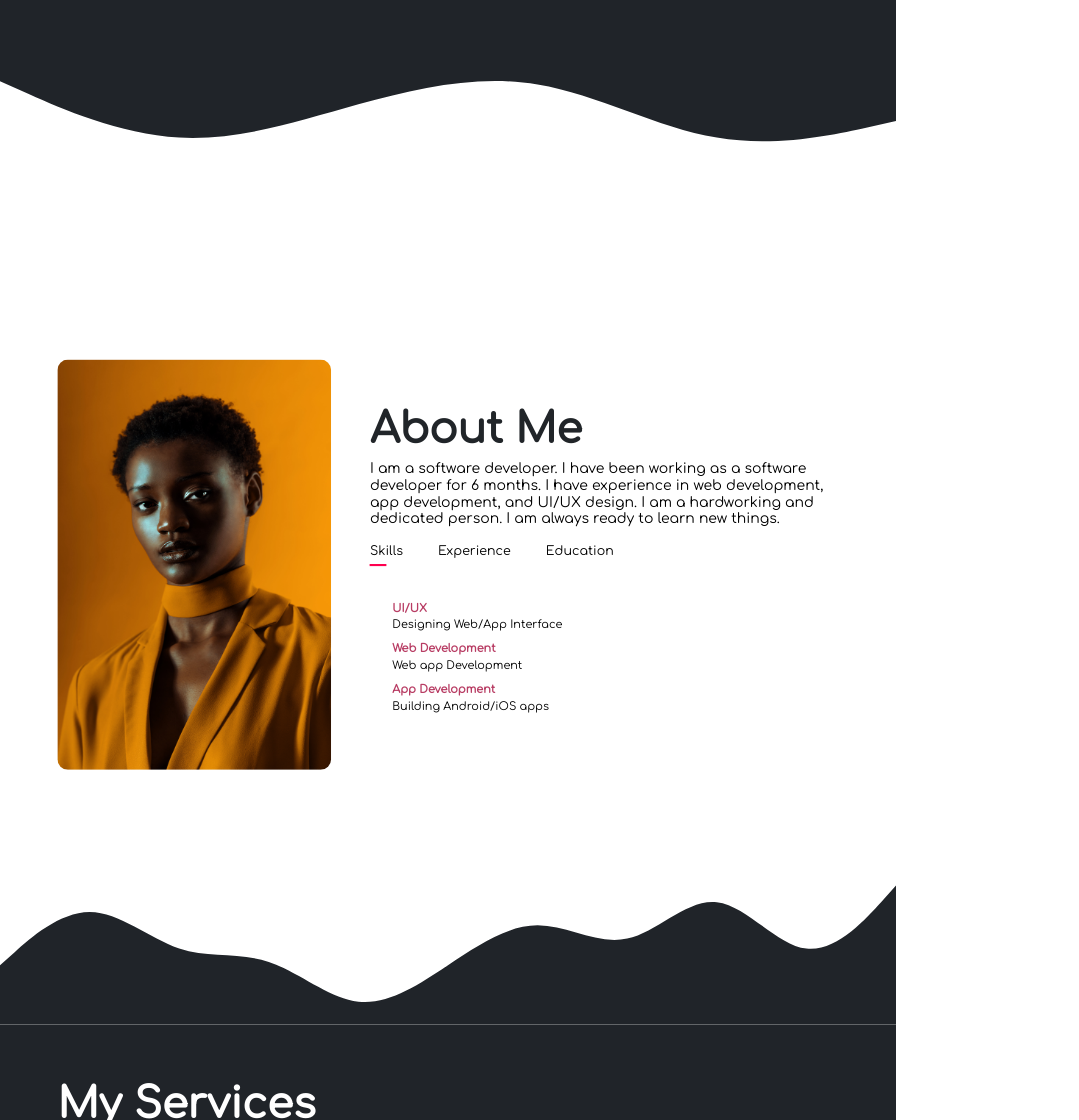
Repository: MMALI3287/Resume
Page: index.html
These files come from the project's save history. The page is drawn as it stood at one moment and after the next save; the edit follows.
The browser window is 1280 px wide. The page is 1542 px wide, so the pictures cover 1542 px, including what lies to the right of the window. The pictures show the part of the page from y = 2974 to 4574 px (the page is 7207 px tall), at 70% of full size.
Some web libraries are served in a nearby version.

Above is the page before, as saved 2023-07-16 01:37:00.

### index.html
<!DOCTYPE html>
<html lang="en">
  <head>
    <meta charset="UTF-8" />
    <meta name="viewport" content="width=device-width, initial-scale=1.0" />
    <link rel="stylesheet" href="css/bootstrap.css" />
    <link rel="stylesheet" href="css/style.css" />
    <title>Musaddique Ali - Web Development, Programmer </title>
  <link rel="stylesheet" href="css/style.css" />
  <script src="https://kit.fontawesome.com/03ffe29f8b.js" crossorigin="anonymous"></script>
  <!-- Google tag (gtag.js) -->
<script async src="https://www.googletagmanager.com/gtag/js?id=G-VLNF64TM34"></script>
<script>
  window.dataLayer = window.dataLayer || [];
  function gtag(){dataLayer.push(arguments);}
  gtag('js', new Date());

  gtag('config', 'G-VLNF64TM34');
</script>
  </head>
  <body>
    <div id="header">
      <nav class="navbar navbar-expand-lg bg-transparent">
        <div class="container-fluid">
          <a class="navbar-brand logo text-light" href="#">MrMMALI</a>
          <button
            class="navbar-toggler"
            type="button"
            data-bs-toggle="collapse"
            data-bs-target="#navbarNav"
            aria-controls="navbarNav"
            aria-expanded="false"
            aria-label="Toggle navigation"
          >
            <span class="navbar-toggler-icon"></span>
          </button>
          <div class="collapse navbar-collapse" id="navbarNav">
            <ul class="navbar-nav">
              <li class="nav-item">
                <a
                  class="nav-link active text-light"
                  aria-current="page"
                  href="#"
                  >Home</a
                >
              </li>
              <li class="nav-item">
                <a class="nav-link text-light" href="#">Portfolio</a>
              </li>
              <li class="nav-item">
                <a class="nav-link text-light" href="#">Expertise</a>
              </li>
              <li class="nav-item">
                <a class="nav-link text-light" href="#">About</a>
              </li>
              <li class="nav-item">
                <a class="nav-link text-light" href="#">Services</a>
              </li>
              <li class="nav-item">
                <a class="nav-link text-light" href="#">Projects</a>
              </li>
            </ul>
          </div>
        </div>
        <div>
          <button
            class="btn btn-outline-light git text-light rounded-0"
            type="button"
            data-bs-toggle="modal"
            data-bs-target="#exampleModal"
          >
            Get in touch
          </button>
        </div>
      </nav>
      <div class="land">
        <div class="header-text">
          <p class="mb-0">MUSADDIQUE ALI</p>
        </div>
        <div class="subheader">
          <p>Software Developer</p>
        </div>
        <div class="sub">
          <p>
            Hello, my name is MD Musaddique Ali Erfan, Nice to meet you <br />
            I would like to welcome you to my personal portfolio.
          </p>
        </div>
      </div>
    </div>
    <svg xmlns="http://www.w3.org/2000/svg" viewBox="0 100 1440 320">
      <path
        fill="#202429"
        fill-opacity="1"
        d="M0,192L48,197.3C96,203,192,213,288,234.7C384,256,480,288,576,256C672,224,768,128,864,122.7C960,117,1056,203,1152,218.7C1248,235,1344,181,1392,154.7L1440,128L1440,0L1392,0C1344,0,1248,0,1152,0C1056,0,960,0,864,0C768,0,672,0,576,0C480,0,384,0,288,0C192,0,96,0,48,0L0,0Z"
      ></path>
    </svg>
    <div class="container">
      <div class="row">
        <div class="col-md-3">
          <p class="biog">Biography</p>
          <p class="subtext">
            I am Musaddique, A software developer <br />
            From Bangladesh
          </p>
          <p>Contact</p>
          <p class="subtext">
            Rampura,Dhaka <br />erfanali3287@gmail.com <br />+8801793515517
          </p>
          <p>Services</p>
          <p class="subtext bot">
            Website Design <br />Mobile application Development <br />Game
            Development
          </p>
        </div>
        <div class="col-md-6 capbord">
          <div id="capsule"></div>
        </div>
        <div class="col-md-3">
          <p class="biog text-end">Years of Experience</p>
          <p class="subtext2 text-end">2 years</p>
          <p class="text-end">Satisfaction Client</p>
          <p class="subtext2 text-end">100%</p>
          <p class="text-end">Volunteer Works</p>
          <p class="subtext2 text-end">5+</p>
          <p class="text-end">Projects</p>
          <p class="subtext2 text-end">10+</p>
        </div>
      </div>
    </div>
    <svg xmlns="http://www.w3.org/2000/svg" viewBox="0 0 1440 320"><path fill="#202429" fill-opacity="1" d="M0,256L24,229.3C48,203,96,149,144,144C192,139,240,181,288,197.3C336,213,384,203,432,218.7C480,235,528,277,576,272C624,267,672,213,720,202.7C768,192,816,224,864,202.7C912,181,960,107,1008,112C1056,117,1104,203,1152,208C1200,213,1248,139,1296,122.7C1344,107,1392,149,1416,170.7L1440,192L1440,320L1416,320C1392,320,1344,320,1296,320C1248,320,1200,320,1152,320C1104,320,1056,320,1008,320C960,320,912,320,864,320C816,320,768,320,720,320C672,320,624,320,576,320C528,320,480,320,432,320C384,320,336,320,288,320C240,320,192,320,144,320C96,320,48,320,24,320L0,320Z"></path></svg>

    <div class="advantage bg-dark text-center">
      <div class="container">
        <div class="row">
          <p class="mexp">My Expertise</p>
        </div>
        <div class="row">
          <div class="col-md-2">
            <img
              src="assets/images/c-.png"
              height="100px"
              width="100px"
              alt="c++"
            />
            <br />
            <p class="text-light h1 mb-5 mt-5 fw-bold">91%</p>
            <p class="text-light h5 p-5">C++</p>
          </div>
          <div class="col-md-2">
            <img
              src="assets/images/android-icon.svg"
              height="100px"
              width="100px"
              alt="c++"
            /><br />
            <p class="text-light h1 mb-5 mt-5 fw-bold">84%</p>
            <p class="text-light h5 p-5">Android</p>
          </div>
          <div class="col-md-2">
            <img
              src="assets/images/flutterio-icon.svg"
              height="100px"
              width="100px"
              alt="c++"
            /><br />
            <p class="text-light h1 mb-5 mt-5 fw-bold">78%</p>
            <p class="text-light h5 p-5">Flutter</p>
          </div>
          <div class="col-md-2">
            <img
              src="assets/images/unity.png"
              height="100px"
              width="100px"
              alt="c++"
            /><br />
            <p class="text-light h1 mb-5 mt-5 fw-bold">76%</p>
            <p class="text-light h5 p-5">Unity</p>
          </div>
          <div class="col-md-2">
            <img
              src="assets/images/ADBE.svg"
              height="100px"
              width="100px"
              alt="c++"
            /><br />
            <p class="text-light h1 mb-5 mt-5 fw-bold">83%</p>
            <p class="text-light h5 p-5">Adobe</p>
          </div>
          <div class="col-md-2">
            <img
              src="https://upload.wikimedia.org/wikipedia/commons/0/0e/Microsoft_365_%282022%29.svg"
              height="100px"
              width="100px"
              alt="c++"
            /><br />
            <p class="text-light h1 mb-5 mt-5 fw-bold">94%</p>
            <p class="text-light h5 p-5">Office</p>
          </div>
        </div>
      </div>
    </div>

    <svg xmlns="http://www.w3.org/2000/svg" viewBox="0 0 1440 320"><path fill="#202429" fill-opacity="1" d="M0,160L48,181.3C96,203,192,245,288,250.7C384,256,480,224,576,197.3C672,171,768,149,864,165.3C960,181,1056,235,1152,250.7C1248,267,1344,245,1392,234.7L1440,224L1440,0L1392,0C1344,0,1248,0,1152,0C1056,0,960,0,864,0C768,0,672,0,576,0C480,0,384,0,288,0C192,0,96,0,48,0L0,0Z"></path></svg>

    <!-- * about -->
  <div id="about">
    <div class="container">
      <div class="rowc">
        <div class="about-col-1">
          <img src="assets/images/capsule.jpg" alt="user" />
        </div>
        <div class="about-col-2">
          <h2 class="sub-title text-dark">About Me</h2>
          <p class="h5 w-100">
            I am a software developer. I have been working as a software developer for 6 months. I have
            experience in web development, app development, and UI/UX design. I am a hardworking and
            dedicated person. I am always ready to learn new things.
          </p>
          <div class="tab-titles">
            <p class="tab-links active-link" onclick="opentab('skills')">Skills</p>
            <p class="tab-links" onclick="opentab('experience')"">Experience</p>
              <p class=" tab-links" onclick="opentab('education')"">Education</p>
            </div>
            <div class=" tab-contents active-tab" id="skills">
            <ul>
              <li><span>UI/UX</span><br />Designing Web/App Interface</li>
              <li><span>Web Development</span><br />Web app Development</li>
              <li>
                <span>App Development</span><br />Building Android/iOS apps
              </li>
            </ul>
          </div>
          <div class="tab-contents" id="experience">
            <ul>
              <li>
                <span>2022 - Current</span><br />Software Developer Intern at
                TETON Pvt ltd
              </li>
            </ul>
          </div>
          <div class="tab-contents" id="education">
            <ul>
              <li>
                <span>Current</span><br />BSc. from Ahsanullah University of
                Science and Technology
              </li>
              <li>
                <span>2020</span> <br />
                HSC from Saint Joseph Higher Secondary School and College
              </li>
              <li>
                <span>2018</span><br />SSC from Ideal School and College
              </li>
            </ul>
          </div>
        </div>
      </div>
    </div>
  </div>
  <svg xmlns="http://www.w3.org/2000/svg" viewBox="0 0 1440 320"><path fill="#202429" fill-opacity="1" d="M0,224L24,202.7C48,181,96,139,144,138.7C192,139,240,181,288,197.3C336,213,384,203,432,218.7C480,235,528,277,576,282.7C624,288,672,256,720,224C768,192,816,160,864,160C912,160,960,192,1008,181.3C1056,171,1104,117,1152,122.7C1200,128,1248,192,1296,197.3C1344,203,1392,149,1416,122.7L1440,96L1440,320L1416,320C1392,320,1344,320,1296,320C1248,320,1200,320,1152,320C1104,320,1056,320,1008,320C960,320,912,320,864,320C816,320,768,320,720,320C672,320,624,320,576,320C528,320,480,320,432,320C384,320,336,320,288,320C240,320,192,320,144,320C96,320,48,320,24,320L0,320Z"></path></svg>


  <!-- * services -->
  <div id="services">
    <div class="container">
      <h2 class="sub-title">My Services</h2>
      <div class="services-list">
        <div>
          <i class="fa-solid fa-crop"></i>
          <h2>UI/UX Design</h2>
          <p>
            UI/UX Design is the process of creating a product that provides meaningful and relevant user experiences. It is a process of designing products in a way that it provides meaningful and relevant experiences to users.
          </p>
          <a href="#">Learn more</a>
        </div>
        <div>
          <i class="fa-solid fa-code"></i>
          <h2>Web Development</h2>
          <p>
            Web Development is the process of creating a website for the internet. It is a process of creating a website for the internet.
          </p>
          <a href="#">Learn more</a>
        </div>
        <div>
          <i class="fa-solid fa-mobile-screen"></i>
          <h2>App Development</h2>
          <p>
            App Development is the process of creating a mobile application for smartphones and tablets. It is a process of creating a mobile application for smartphones and tablets.
          </p>
          <a href="#">Learn more</a>
        </div>
      </div>
    </div>
  </div>
<svg xmlns="http://www.w3.org/2000/svg" viewBox="0 0 1440 320"><path fill="#202429" fill-opacity="1" d="M0,256L24,234.7C48,213,96,171,144,170.7C192,171,240,213,288,224C336,235,384,213,432,213.3C480,213,528,235,576,224C624,213,672,171,720,149.3C768,128,816,128,864,122.7C912,117,960,107,1008,138.7C1056,171,1104,245,1152,261.3C1200,277,1248,235,1296,208C1344,181,1392,171,1416,165.3L1440,160L1440,0L1416,0C1392,0,1344,0,1296,0C1248,0,1200,0,1152,0C1104,0,1056,0,1008,0C960,0,912,0,864,0C816,0,768,0,720,0C672,0,624,0,576,0C528,0,480,0,432,0C384,0,336,0,288,0C240,0,192,0,144,0C96,0,48,0,24,0L0,0Z"></path></svg>

  <!-- -------------------portfolio------------------- -->
  <div id="portfolio">
    <div class="container">
      <h2 class="sub-title text-dark">My Latest Projects</h2>
      <div class="work-list">
        <div class="work">
          <div class="p-2 rounded-3 border bg-danger"><img src="assets/images/wordmaestro.jpg" height="250px" alt="UX"></div>
          <div class="layer">
            <h3>
              Social Media UI
            </h3>
            <p>
              The app is designed for social media users. It is a simple and easy to use app.
            </p>
            <a href="#"><i class="fa-sharp fa-solid fa-up-right-from-square"></i></a>
          </div>
          <p class="h4 mt-4">Word Maestro</p>
          <p class="h6">Game Development with C++</p>
        </div>
        <div class="work">
          <div class="p-2 rounded-3 border bg-danger"><img src="assets/images/resortadmin.jpg"  height="250px"  alt="Web"></div>
          <div class="layer">
            <h3>
              Social Media Website
            </h3>
            <p>
              The app is designed for social media users. It is a simple and easy to use app.
            </p>
            <a href="#"><i class="fa-sharp fa-solid fa-up-right-from-square"></i></a>
          </div>
          <p class="h4 mt-4">Resort Administration</p>
          <p class="h6">Software Development with Java</p>
        </div>
        <div class="work">
          <div class="p-2 rounded-3 border bg-danger"> <img src="assets/images/reuse.png"  height="250px"  alt="App"></div>
          <div class="layer">
            <h3>
              Social Media App
            </h3>
            <p>
              The app is designed for social media users. It is a simple and easy to use app.
            </p>
            <a href="#"><i class="fa-sharp fa-solid fa-up-right-from-square"></i></a>
          </div>
          <p class="h4 mt-4">ReUse</p>
          <p class="h6">Mobile Development with Android</p>
        </div>
      </div>
      <a href="#" class="btnc text-dark">See more</a>
    </div>
  </div>
  <svg xmlns="http://www.w3.org/2000/svg" viewBox="0 0 1440 320"><path fill="#202429" fill-opacity="1" d="M0,128L48,160C96,192,192,256,288,272C384,288,480,256,576,250.7C672,245,768,267,864,240C960,213,1056,139,1152,133.3C1248,128,1344,192,1392,224L1440,256L1440,320L1392,320C1344,320,1248,320,1152,320C1056,320,960,320,864,320C768,320,672,320,576,320C480,320,384,320,288,320C192,320,96,320,48,320L0,320Z"></path></svg>
  <!-- -------------------contact------------------- -->
  <div id="contact">
    <div class="container">
      <div class="row">
        <div class="contact-left">
          <h2 class="sub-title">
            Contact Me
          </h2>
          <p class="text-light"><i class="fa-solid fa-envelope"></i> erfanali3287@gmail.com</p>
          <p class="text-light"><i class="fa-solid fa-phone"></i> +880 1793 515 517</p>
          <p class="text-light"><i class="fa-solid fa-location-dot"></i> Dhaka, Bangladesh</p>
          <div class="social-icons">
            <a href="https://www.facebook.com/musaddique.mmali/"><i class="fa-brands fa-facebook"></i></a>
            <a href="https://twitter.com/MusaddiqueMMALI/"><i class="fa-brands fa-twitter"></i></a>
            <a href="https://www.instagram.com/mdmusaddiquealierfan/"><i class="fa-brands fa-instagram"></i></a>
            <a href="https://www.linkedin.com/in/musaddique-ali/"><i class="fa-brands fa-linkedin"></i></a>
            <a href="https://github.com/MMALI3287/"><i class="fa-brands fa-github"></i></a>
          </div>
          <a href="images/resume.pdf" download class="btnc btn2">Download Resume</a>
        </div>
        <div class="contact-right">
          <form name="submit-to-google-sheet">
            <input type="text" name="Name" placeholder="Your Name" required>
            <input type="email" name="E-Mail" placeholder="Your Email" required>
            <textarea name="Message" rows="6" placeholder="Your Message"></textarea>
            <button type="submit" class="btnc btn2">Send</button>
          </form>
          <span id="msg"></span>
        </div>
      </div>
    </div>
      <div class="copyright">
        <p>Copyright © Musaddique Ali. Thank you for visiting <i class="fas fa-heart"></i></p>
      </div>
    </div>

    <script src="js/bootstrap.js"></script>
    <script src="js/index.js"></script>
  </body>
</html>

Loaded but not shown: css/bootstrap.css (library); js/bootstrap.js (library); js/index.js (35 lines, source omitted); css/style.css (551 lines, source omitted)

After the next save:
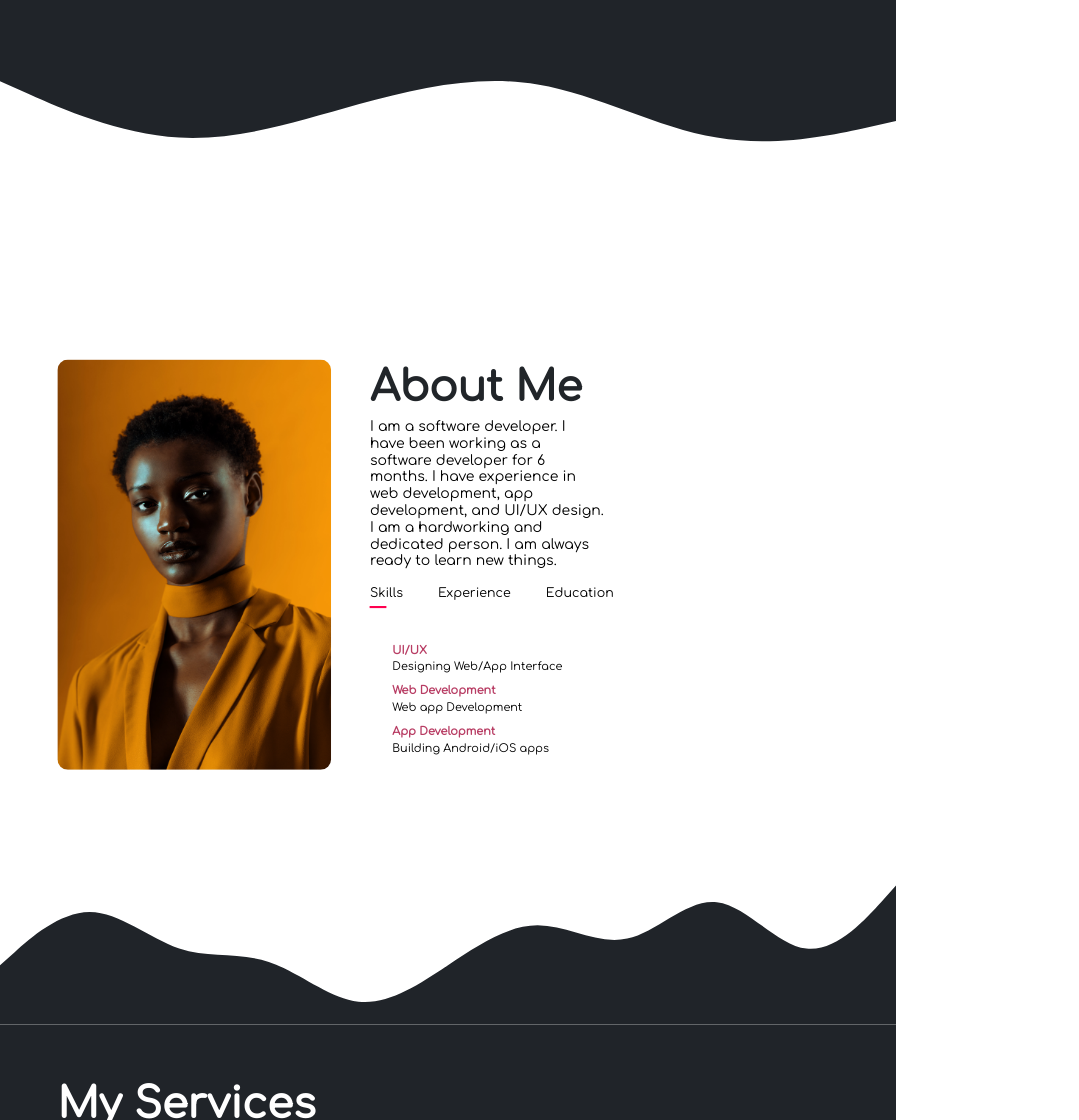
Saved 6 s later.
--- a/index.html
+++ b/index.html
@@ -212,7 +212,7 @@
         </div>
         <div class="about-col-2">
           <h2 class="sub-title text-dark">About Me</h2>
-          <p class="h5 w-100">
+          <p class="h5 w-50">
             I am a software developer. I have been working as a software developer for 6 months. I have
             experience in web development, app development, and UI/UX design. I am a hardworking and
             dedicated person. I am always ready to learn new things.

After the save that followed:
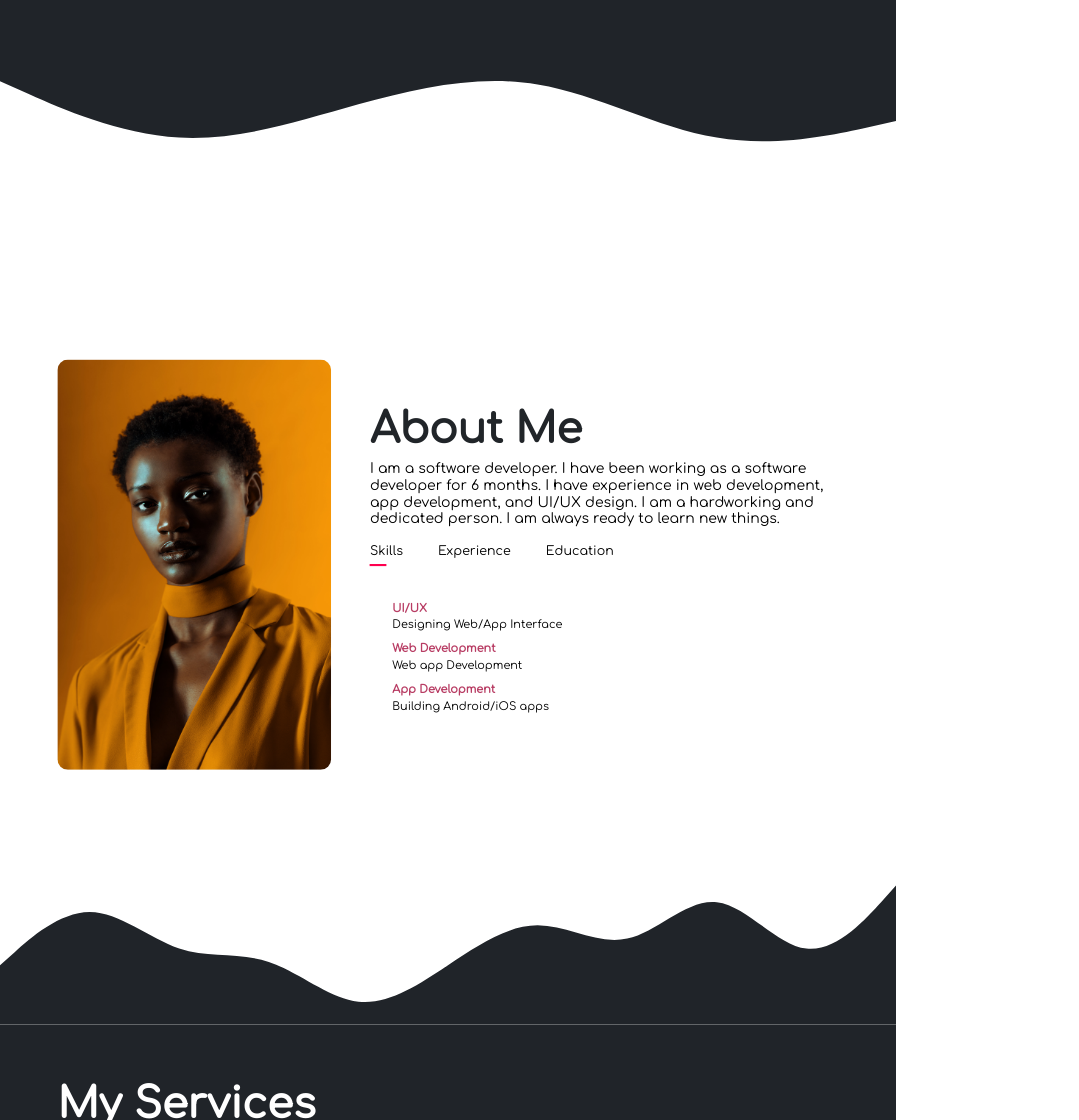
Saved 7 s later.
--- a/index.html
+++ b/index.html
@@ -212,7 +212,7 @@
         </div>
         <div class="about-col-2">
           <h2 class="sub-title text-dark">About Me</h2>
-          <p class="h5 w-50">
+          <p class="h5 fw-100">
             I am a software developer. I have been working as a software developer for 6 months. I have
             experience in web development, app development, and UI/UX design. I am a hardworking and
             dedicated person. I am always ready to learn new things.
